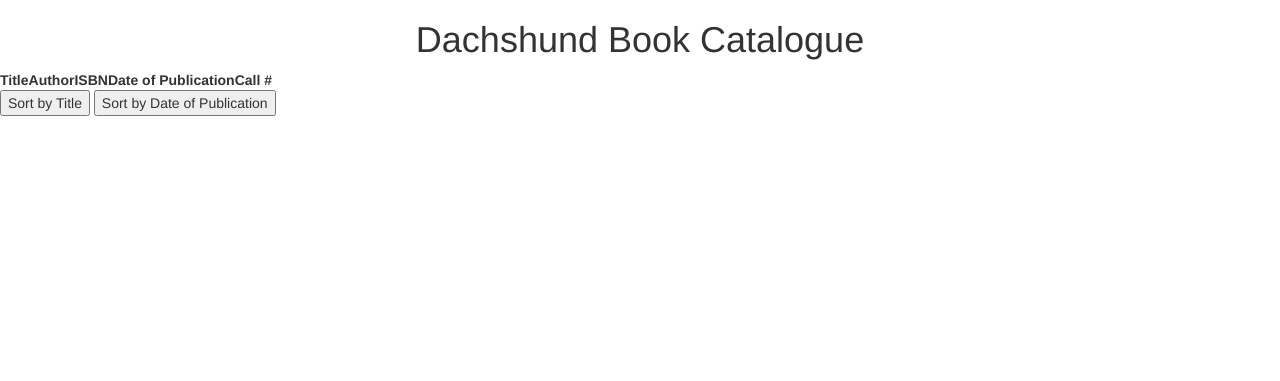
Repository: avega15/Library-Database
Page: http://localhost/main
An editor plug-in stored every save of this project. The page is shown before and after the next save, followed by the edit.
The browser window is 1280 px wide. The pictures show the whole page.
The page is this project's Thymeleaf template; nobody is signed in. The template is opened directly, without the code that normally fills it, so the values that code supplies are empty.

Above is the page before, as saved 2021-04-22 00:58:40.

### demo/src/main/resources/templates/main.html
<!DOCTYPE HTML>
<html xmlns:th="http://www.thymeleaf.org">
<head>
<title>Dachshund Book Catalogue</title>
<meta http-equiv="Content-Type" content="text/html; charset=UTF-8" />
<link rel="stylesheet"
	href="https://maxcdn.bootstrapcdn.com/bootstrap/3.4.1/css/bootstrap.min.css">
<script
	src="https://ajax.googleapis.com/ajax/libs/jquery/3.5.1/jquery.min.js"></script>
<script
	src="https://maxcdn.bootstrapcdn.com/bootstrap/3.4.1/js/bootstrap.min.js"></script>


</head>
<body>
	<h1 style="text-align: center">Dachshund Book Catalogue</h1>
	<table>
		<tr>
			<th onclick="window.location.href='titleSort';">Title</th>
			<th>Author</th>
			<th>ISBN</th>
			<th onclick="window.location.href='dateSort';">Date of
				Publication</th>
			<th>Call #</th>
		</tr>
		<tr th:each="bib, bibStat: ${bibs}">
			<td th:text="${bibStat.count + ' ' + bib.getTitle()}"></td>
			<td th:text="${bib.getAuthor()}"></td>
			<td th:text="${bib.getIsbn()}"></td>
			<td th:text="${bib.getDate_of_publication()}"></td>
			<td th:text="${bib.getCall_number()}"></td>
		</tr>
	</table>
	<button onclick="window.location.href='titleSort'">Sort by
		Title</button>
	<button onclick="window.location.href='dateSort'">Sort by Date
		of Publication</button>
</body>
</html>

After the next save:
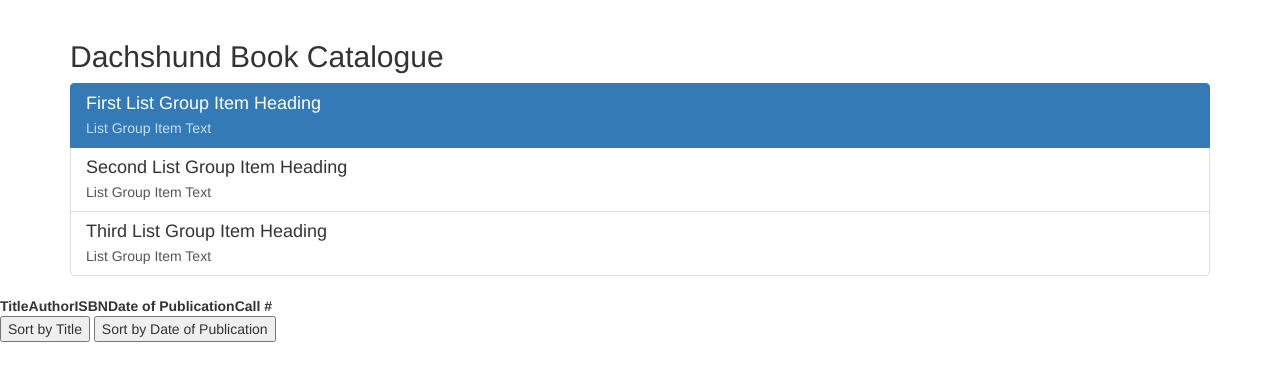
Saved 92 s later.
--- a/demo/src/main/resources/templates/main.html
+++ b/demo/src/main/resources/templates/main.html
@@ -13,7 +13,28 @@
 
 </head>
 <body>
-	<h1 style="text-align: center">Dachshund Book Catalogue</h1>
+	<h1 style="text-align: center"></h1>
+
+
+	<div class="container">
+		<h2>Dachshund Book Catalogue</h2>
+		<div class="list-group">
+			<a href="#" class="list-group-item active">
+				<h4 class="list-group-item-heading">First List Group Item
+					Heading</h4>
+				<p class="list-group-item-text">List Group Item Text</p>
+			</a> <a href="#" class="list-group-item">
+				<h4 class="list-group-item-heading">Second List Group Item
+					Heading</h4>
+				<p class="list-group-item-text">List Group Item Text</p>
+			</a> <a href="#" class="list-group-item">
+				<h4 class="list-group-item-heading">Third List Group Item
+					Heading</h4>
+				<p class="list-group-item-text">List Group Item Text</p>
+			</a>
+		</div>
+	</div>
+
 	<table>
 		<tr>
 			<th onclick="window.location.href='titleSort';">Title</th>
